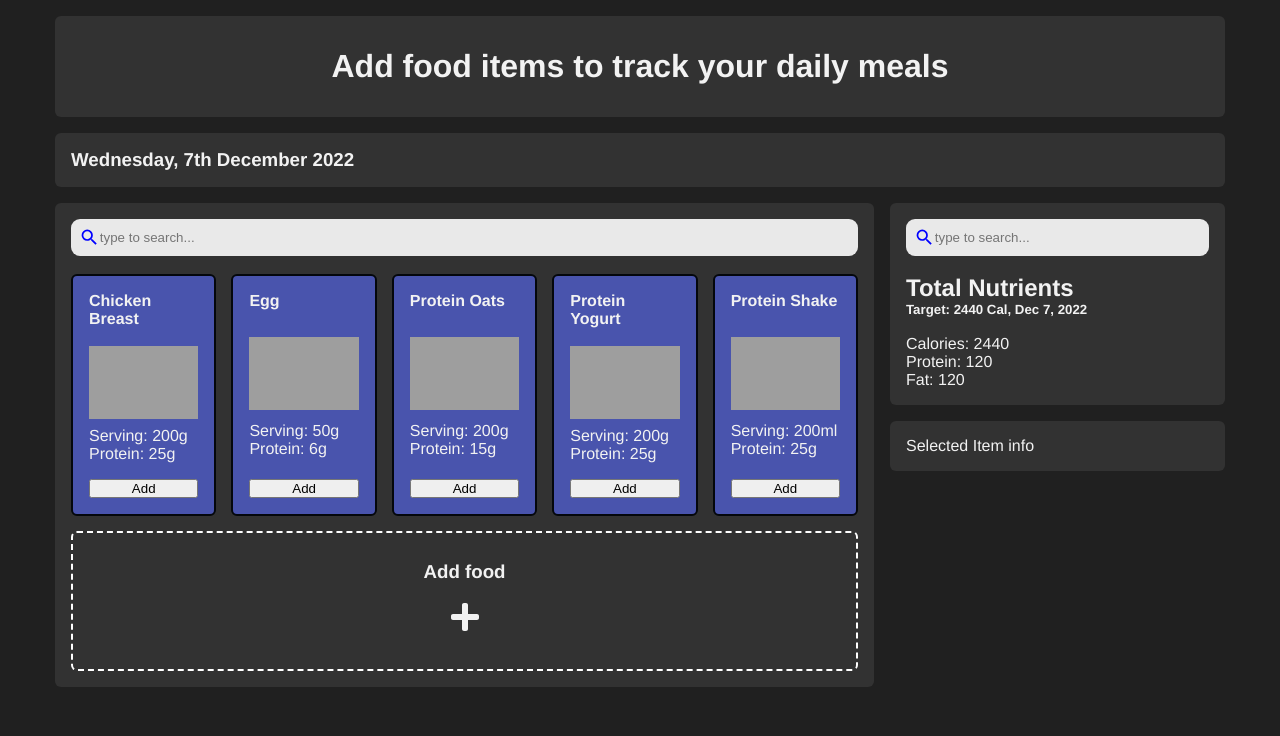
Repository: CEEPREL/NutritionTracker
Page: /
These files come from the project's save history. The page is drawn as it stood at one moment and after the next save; the edit follows.
The browser window is 1280 px wide. The pictures show the whole page.
Pictures or frames that could not be fetched are drawn as grey boxes. The project was rebuilt for these pictures with package versions that can differ from the ones it lists, and the page was loaded fresh each time. Also part of the build but not shown: vite.config.js.

Above is the page before, as saved 2022-12-08 20:09:45.

### public/index.html
<!DOCTYPE html>
<html lang="en">

<head>
  <meta charset="utf-8" />
  <link rel="icon" href="%PUBLIC_URL%/favicon.ico" />
  <meta name="viewport" content="width=device-width, initial-scale=1" />
  <meta name="theme-color" content="#000000" />
  <meta name="description" content="Web site created using create-react-app" />
  <link rel="apple-touch-icon" href="%PUBLIC_URL%/logo192.png" />
  <!--
      manifest.json provides metadata used when your web app is installed on a
      user's mobile device or desktop. See https://developers.google.com/web/fundamentals/web-app-manifest/
    -->
  <link rel="manifest" href="%PUBLIC_URL%/manifest.json" />
  <!--
      Notice the use of %PUBLIC_URL% in the tags above.
      It will be replaced with the URL of the `public` folder during the build.
      Only files inside the `public` folder can be referenced from the HTML.

      Unlike "/favicon.ico" or "favicon.ico", "%PUBLIC_URL%/favicon.ico" will
      work correctly both with client-side routing and a non-root public URL.
      Learn how to configure a non-root public URL by running `npm run build`.
    -->
  <title>React App</title>
  <!-- CSS only
  <link href="https://cdn.jsdelivr.net/npm/bootstrap@5.2.3/dist/css/bootstrap.min.css" rel="stylesheet"
    integrity="sha384-rbsA2VBKQhggwzxH7pPCaAqO46MgnOM80zW1RWuH61DGLwZJEdK2Kadq2F9CUG65" crossorigin="anonymous"> -->

</head>

<body>
  <noscript>You need to enable JavaScript to run this app.</noscript>
  <div id="root"></div>

  <!-- JavaScript Bundle with Popper -->
  <!-- <script src="https://cdn.jsdelivr.net/npm/bootstrap@5.2.3/dist/js/bootstrap.bundle.min.js"
    integrity="sha384-kenU1KFdBIe4zVF0s0G1M5b4hcpxyD9F7jL+jjXkk+Q2h455rYXK/7HAuoJl+0I4"
    crossorigin="anonymous"></script> -->

</body>

</html>

### src/App.js
/* eslint-disable jsx-a11y/img-redundant-alt */
import React, { useState, useEffect } from 'react';
import './App.css';
import './styles/searchFood.css';
import data from './data';

import CalculateNutrients from './components/CalculateNutrients';
import FoodList from './components/FoodList';
import Header from './components/Header';

const App = () => {

  //   const [foods, setFoods] = useState([
  //     {
  //         name: "Chicken Breast",
  //         size: "200g",
  //         protein: "25g",
  //         category: "lunch"
  //     }, {
  //         name: "Egg",
  //         size: "50g",
  //         protein: "6g",
  //         category: "breakfast"
  //     }, {
  //         name: "Protein Oats",
  //         size: "200g",
  //         protein: "15g",
  //         category: "breakfast"
  //     }, {
  //         name: "Protein Yogurt",
  //         size: "200g",
  //         protein: "25g",
  //         category: "breakfast"
  //     }, {
  //         name: "Protein Shake",
  //         size: "200ml",
  //         protein: "25g",
  //         category: "lunch"
  //     }
  //  ]);

  const { food_data } = data;
  return (
    <div className="container">
      <Header />

      <div className="wrapper-card">
        <h3>Wednesday, 7th December 2022</h3>
      </div>

      <div className="row">

        <div className="col-left">
          <div className="wrapper-card">
            <FoodList food_data={food_data} />
          </div>
        </div>

        <div className="col-right">
          <div className="wrapper-card">
            <CalculateNutrients />
          </div>

          <div className="wrapper-card">
            Selected Item info
          </div>

        </div>

      </div>

    </div>
  );
}



export default App;

### src/App.css
* {
  margin: 0;
  padding: 0;
  box-sizing: border-box;
}

code {
  font-family: source-code-pro, Menlo, Monaco, Consolas, 'Courier New',
    monospace;
}

body {
  font-family: 'Helvetica', BlinkMacSystemFont, 'Segoe UI', 'Roboto', 'Oxygen',
    'Ubuntu', 'Cantarell', 'Fira Sans', 'Droid Sans', 'Helvetica Neue',
    sans-serif;
  -webkit-font-smoothing: antialiased;
  -moz-osx-font-smoothing: grayscale;
  background: #202020;
  color: #F2F2F2;
}

.container {
  max-width: 1200px;
  justify-content: center;
  align-items: center;
  margin-left: auto;
  margin-right: auto;
  margin-top: 1rem;
  padding-right: 15px;
  padding-left: 15px;
  min-height: 100vh;
}

.header {
  padding: 2rem;
  background-color:  #323232;
  display: flex;
  flex-direction: column;
  align-items: center;
  justify-content: center;
  margin-bottom: 1rem;
  border-radius: 6px;
}

.col-left{
  float: left;
  width: 70%;
}

.col-right{
  float: left;
  width: 30%;
  padding-left: 1rem;
}

.wrapper-card {
  background-color: #323232;
  padding: 1rem;
  border-radius: 6px;
  margin-bottom: 1rem;
}

.foodList {
  display: flex;
  flex-wrap: wrap;
  gap:15px;

  /* display: grid;
  grid-gap: 1rem;
  grid-template-columns: repeat(auto-fill, minmax(180px, 1fr)); */
}

.food-card {
  min-height:8rem;
  min-width:9rem;

  border-radius: 6px;
  background-color: #4954ad;
  border: 2px solid rgb(4, 7, 12);
  padding: 1rem;

  display: flex;
  flex-direction: column;
  align-items: left;
  justify-content: space-between;
  flex: 0.5;
  cursor: pointer;

}

.food-nutrients {
  padding-top: 0.5rem;
  padding-bottom: 1rem;
}
.new-card{
  min-height:140px;
  min-width:  18rem;
  border-radius: 6px;
  border: 2px dashed rgb(255, 255, 255);
  padding: 1rem;

  display: flex;
  flex-direction: column;
  align-items: center;
  justify-content: center;
  flex: 1;
  cursor: pointer;
}

@media screen and (max-width: 960px) {
  .col-left, .col-right {
    width: 100%;
    padding: 0;
  }
}


/* Clear floats after the columns
.row:after {
  content: "";
  display: table;
  clear: both;
} */

### src/styles/searchFood.css
.searchFood {
    padding: 0.5rem;
    background-color:  #323232;
    display: flex;
    align-items: center;
    background-color: rgb(233,233,233);
    border-radius: 9px;

  }
  .searchFood input {
    border: none;
    background-color: rgb(233,233,233);

  }

  .searchFood input:focus {
    outline: none;
  }

### src/data.js

const data = {

    food_data: [
        {
            id: '1',
            name: "Chicken Breast",
            size: "200g",
            protein: "25g",
            category: "lunch",
            image: 'https://picsum.photos/id/190/2400/1600/'
        }, {
            id: '2',
            name: "Egg",
            size: "50g",
            protein: "6g",
            category: "breakfast",
            image: 'https://picsum.photos/id/170/2400/1600/'
        }, {
            id: '3',
            name: "Protein Oats",
            size: "200g",
            protein: "15g",
            category: "breakfast",
            image: 'https://picsum.photos/id/180/2400/1600/'
        }, {
            id: '4',
            name: "Protein Yogurt",
            size: "200g",
            protein: "25g",
            category: "breakfast",
            image: 'https://picsum.photos/id/170/2400/1600/'
        }, {
            id: '5',
            name: "Protein Shake",
            size: "200ml",
            protein: "25g",
            category: "lunch",
            image: 'https://picsum.photos/id/130/2400/1600/'
        }
    ],
};

export default data;

### src/components/CalculateNutrients.js
import React from 'react'
import SearchFood from './SearchFood'

function CalculateNutrients() {
  return (
    <div className="calculateNutrients">
      <SearchFood/>
      <br></br>
      <h2>Total Nutrients</h2>
      <h5>Target: 2440 Cal, Dec 7, 2022</h5>
      <br></br>
      <p>Calories: 2440</p>
      <p>Protein: 120</p>
      <p>Fat: 120</p>
    </div>
  )
}

export default CalculateNutrients

### src/components/FoodList.js
import { FaPlus } from 'react-icons/fa';
import Food from './Food';
import SearchFood from './SearchFood';

const FoodList = ({ food_data }) => {
    return (
        <div>
            <SearchFood />
            <br></br>

            <div className="foodList">
                {food_data.map((food) =>
                    <Food
                        key={food.id}
                        name={food.name}
                        size={food.size}
                        protein={food.protein}
                        image={food.image}
                    />
                )}

                {/*
                <Food name="Salad" serving="300g" protein="4g" />
                <Food name="Chicken" serving="500g" protein="21g" />
                <Food name="Peanut Butter" serving="30g" protein="6g" />
                <Food name="Peanut Butter" serving="30g" protein="6g" />
                <Food name="Peanut Butter" serving="30g" protein="6g" />
                <Food />
                */}
                <div className="new-card">
                    <h3>Add food </h3><br></br>
                    <h1><FaPlus /></h1>

                </div>
            </div>
        </div>

    )
}

export default FoodList

### src/components/Header.js
import React from 'react'
import SearchFood from './SearchFood'

function Header(props) {
    return (

        <div className="header">
            <h1>Add food items to track your daily meals</h1>
        </div>

    )
}

export default Header

### src/components/SearchFood.js
import React from 'react'
import { MdSearch } from 'react-icons/md'

function SearchFood() {
    return (
        <div className="searchFood">
            <MdSearch className="search-icons" size="1.3em" color="blue"/>
            <input
                // onChange={(event) => handleSearchNote(event.target.value)}
                type="text"
                placeholder="type to search...">

            </input>
        </div>
    )
}

export default SearchFood

### src/components/Food.js
import React from 'react'

const Food = ({ id, name, size, protein, image }) => {
    return (
        <div className="food-card">

            <h4><strong>{name}</strong></h4>
            <br></br>
            <img className="small" src={image} alt={name}></img>
            <div className="food-nutrients">
                <p>Serving: {size}</p>
                <p>Protein: {protein}</p>
            </div>
            <button>Add</button>

        </div>
    )
}

Food.defaultProps = {
    name: "Enter Food",
    serving: "0g",
    protein: "0g"
}

export default Food

Loaded but not shown: src/index.js (common file)

After the next save:
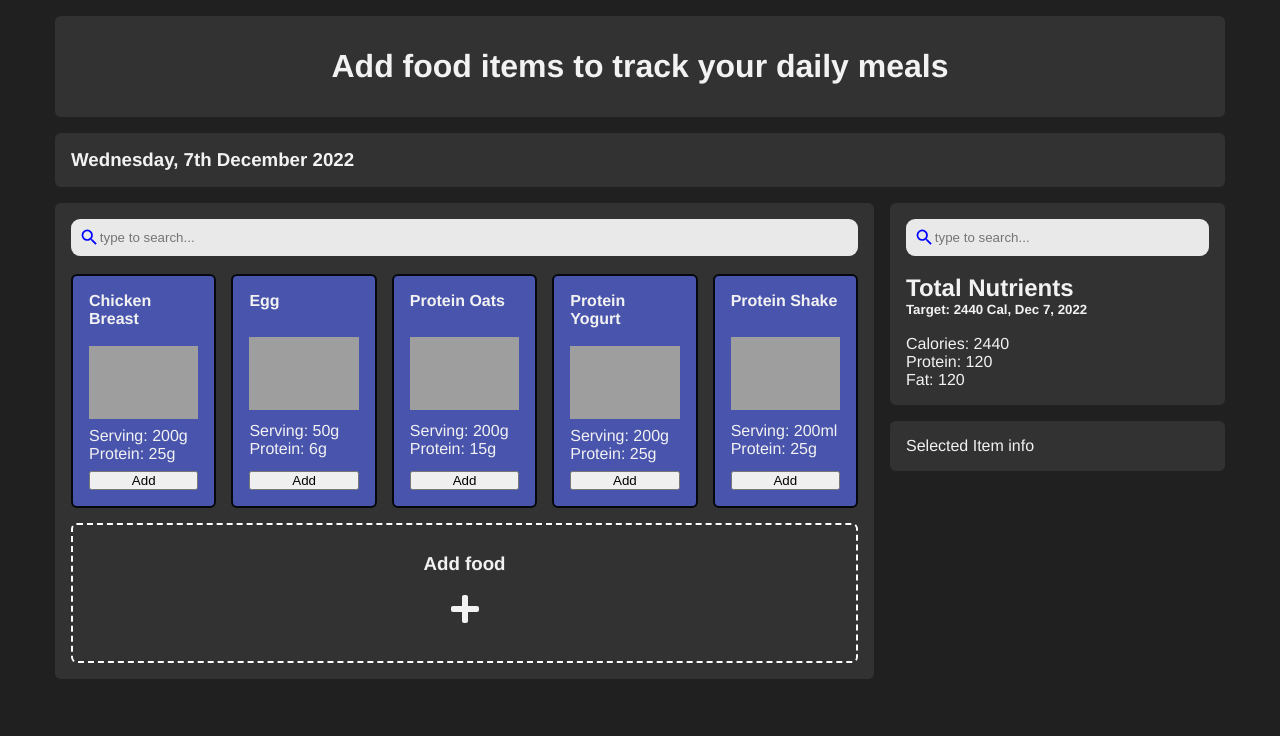
Saved 6 s later.
--- a/src/App.css
+++ b/src/App.css
@@ -90,7 +90,7 @@ body {
 
 .food-nutrients {
   padding-top: 0.5rem;
-  padding-bottom: 1rem;
+  padding-bottom: 0.5rem;
 }
 .new-card{
   min-height:140px;
